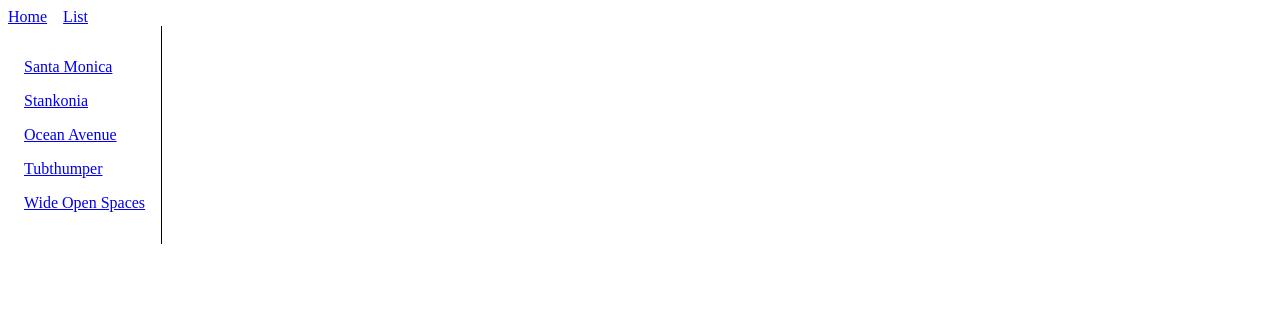
Repository: zhi-shou/moon
Page: /home
The author's editor kept a copy of each file at every save. The page is drawn from the files as they stood at one save, then again after the next save.
The browser window is 1280 px wide. The pictures show the whole page.
The project was rebuilt for these pictures with package versions that can differ from the ones it lists, and the page was loaded fresh each time. Also part of the build but not shown: vite.config.js, src/routers/info.jsx.

Above is the page before, as saved 2024-12-31 11:37:29.

After the next save:
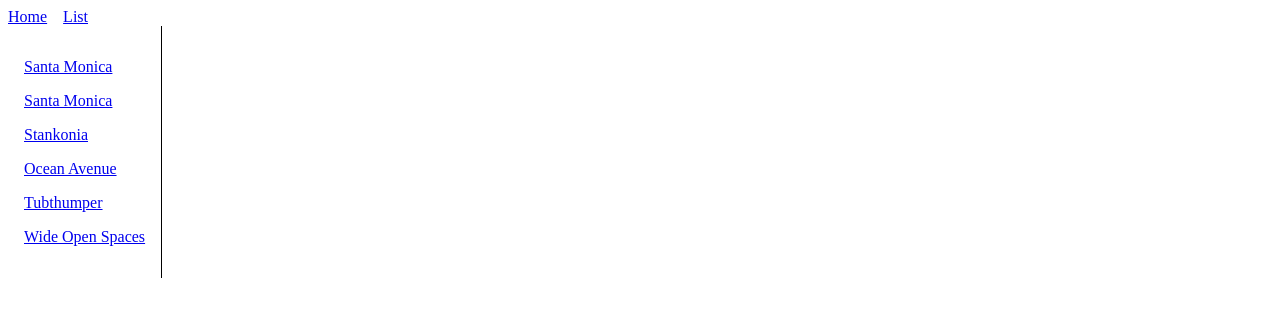
Saved 3 min 15 s later.
--- a/src/data.js
+++ b/src/data.js
@@ -1,4 +1,10 @@
 let invoices = [
+    {
+      name: "Santa Monica",
+      number: '',
+      amount: "$10,800",
+      due: "12/05/1995"
+    },
     {
       name: "Santa Monica",
       number: 1995,

After the save that followed:
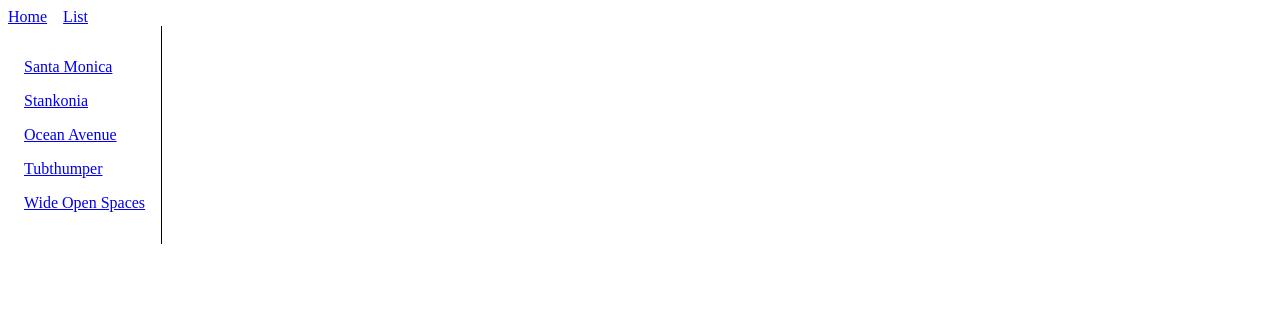
Saved 17 s later.
--- a/src/data.js
+++ b/src/data.js
@@ -1,10 +1,4 @@
 let invoices = [
-    {
-      name: "Santa Monica",
-      number: '',
-      amount: "$10,800",
-      due: "12/05/1995"
-    },
     {
       name: "Santa Monica",
       number: 1995,
